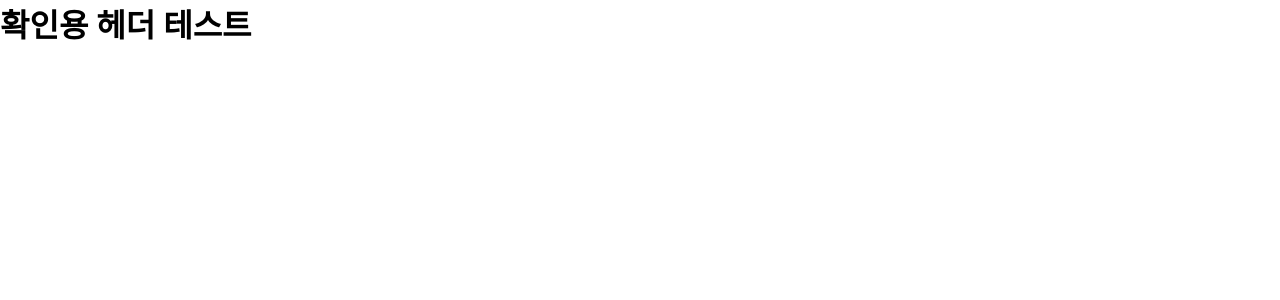
Repository: Axing00/SCSS
Page: test/index.html
The author's editor kept a copy of each file at every save. The page is drawn from the files as they stood at one save, then again after the next save.
The browser window is 1280 px wide. The pictures show the whole page.
The style sheet was rebuilt from its Sass, Less or Tailwind sources for each picture, by a compiler version that may differ from the author's.

Above is the page before, as saved 2023-03-17 16:05:00.

### test/index.html
<!DOCTYPE html>
<html lang="ko">

<head>
	<meta charset="UTF-8">
	<meta http-equiv="X-UA-Compatible" content="IE=edge">
	<meta name="viewport" content="width=device-width, initial-scale=1.0">
	<link rel="stylesheet" href="css/main.css">
	<title>scss test</title>
</head>

<body>
	<div id="wrap">
		<h1>확인용 헤더 테스트</h1>
	</div>
</body>

</html>

### test/style/main.scss

*{
	margin: 0;
	padding:0;
}

After the next save:
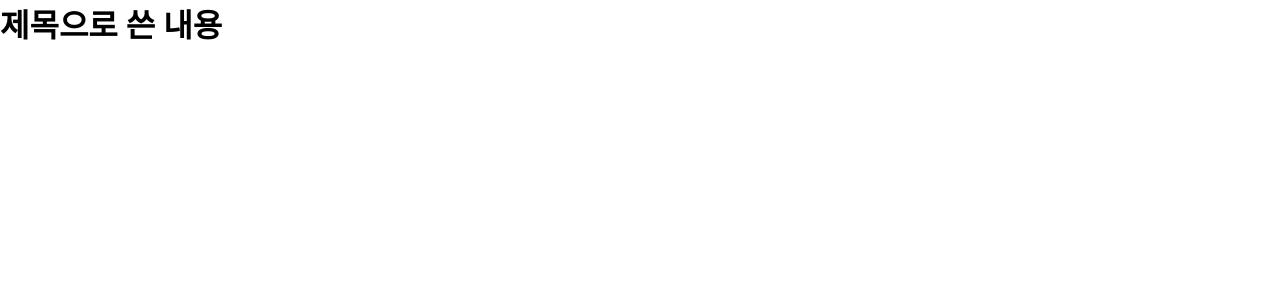
Saved 27 s later.
--- a/test/index.html
+++ b/test/index.html
@@ -10,8 +10,8 @@
 </head>
 
 <body>
-	<div id="wrap">
-		<h1>확인용 헤더 테스트</h1>
+	<div class="container">
+		<h1>제목으로 쓴 내용</h1>
 	</div>
 </body>
 
